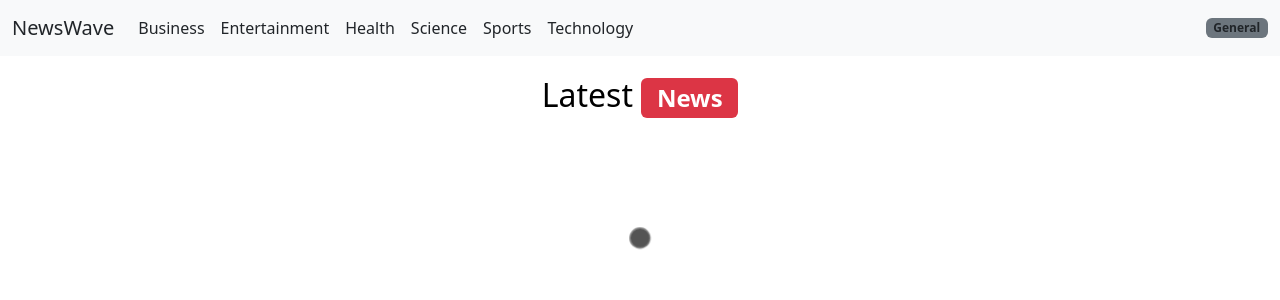
Repository: PranjalTripathi2003/news-wave
Page: /
The author's editor kept a copy of each file at every save. The page is drawn from the files as they stood at one save, then again after a run of saves.
The browser window is 1280 px wide. The pictures show the whole page.
The page's requests for data from a server got no answer. The project was rebuilt for these pictures with package versions that can differ from the ones it lists, and the page was loaded fresh each time. No one was signed in, and anything a server would have sent is missing. Also part of the build but not shown: vite.config.js, src/styles/NewsItem.css, src/components/NewsItem.jsx.

Above is the page before, as saved 2024-07-26 20:49:53.

After the next 2 saves:
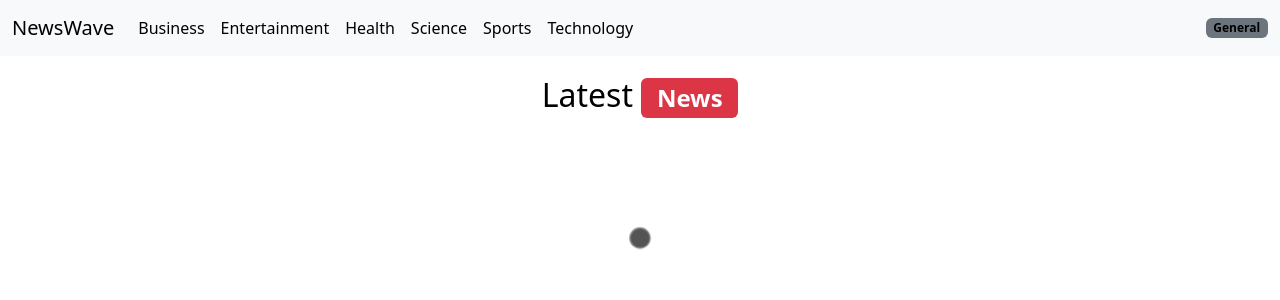
The 2 saves are shown as one change because they came seconds apart.
The last was saved 20 s later.
--- a/src/styles/Navbar.css
+++ b/src/styles/Navbar.css
@@ -3,3 +3,10 @@
 .container-fluid {
   cursor: pointer;
 }
+.text-light {
+  color: #ffffff !important;
+}
+
+.text-dark {
+  color: #000000 !important;
+}
